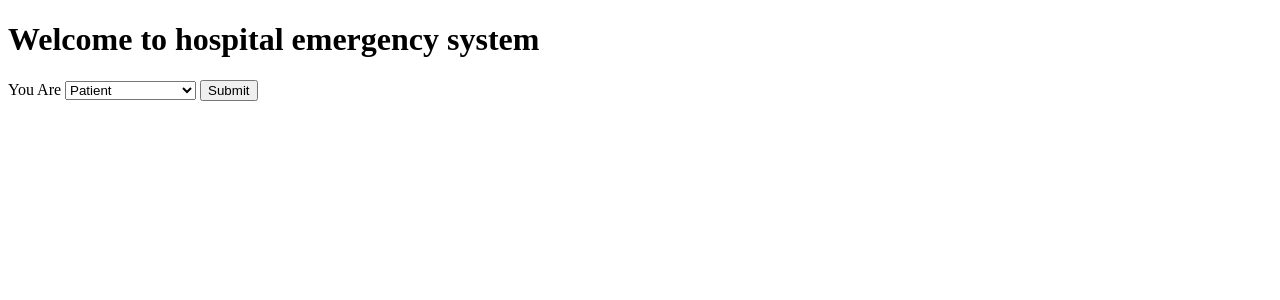
Repository: OmarAl-Saleh/Hospital-Emergency-System
Page: http://localhost/EmergencySystem/
These files come from the project's save history. The page is drawn as it stood at one moment and after the next save; the edit follows.
The browser window is 1280 px wide. The pictures show the whole page.
The page is served by Tomcat 9.

Above is the page before, as saved 2024-05-22 06:27:31.

After the next save:
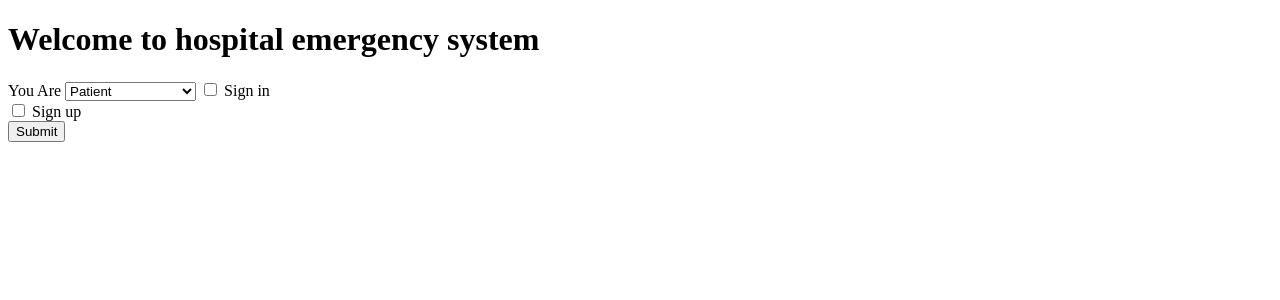
Saved 7 min 34 s later.
--- a/EmergencySystem/EmergencySystem/src/main/webapp/index.jsp
+++ b/EmergencySystem/EmergencySystem/src/main/webapp/index.jsp
@@ -15,7 +15,18 @@
         <option value="Screening Nurse">Screening Nurse</option>
         <option value="Department Nurse">Department Nurse</option>
     </select>
+
+ <form action="Sign_in" method="get">
+   <label>
+        <input type="checkbox" name="sign" value="Sign_in"> Sign in
+    </label><br>
+    <label>
+        <input type="checkbox" name="sign" value="Sign_up"> Sign up
+    </label><br>
+
+   </form>
     <input type="submit" value="Submit">
+
 
 </form>
 </body>
